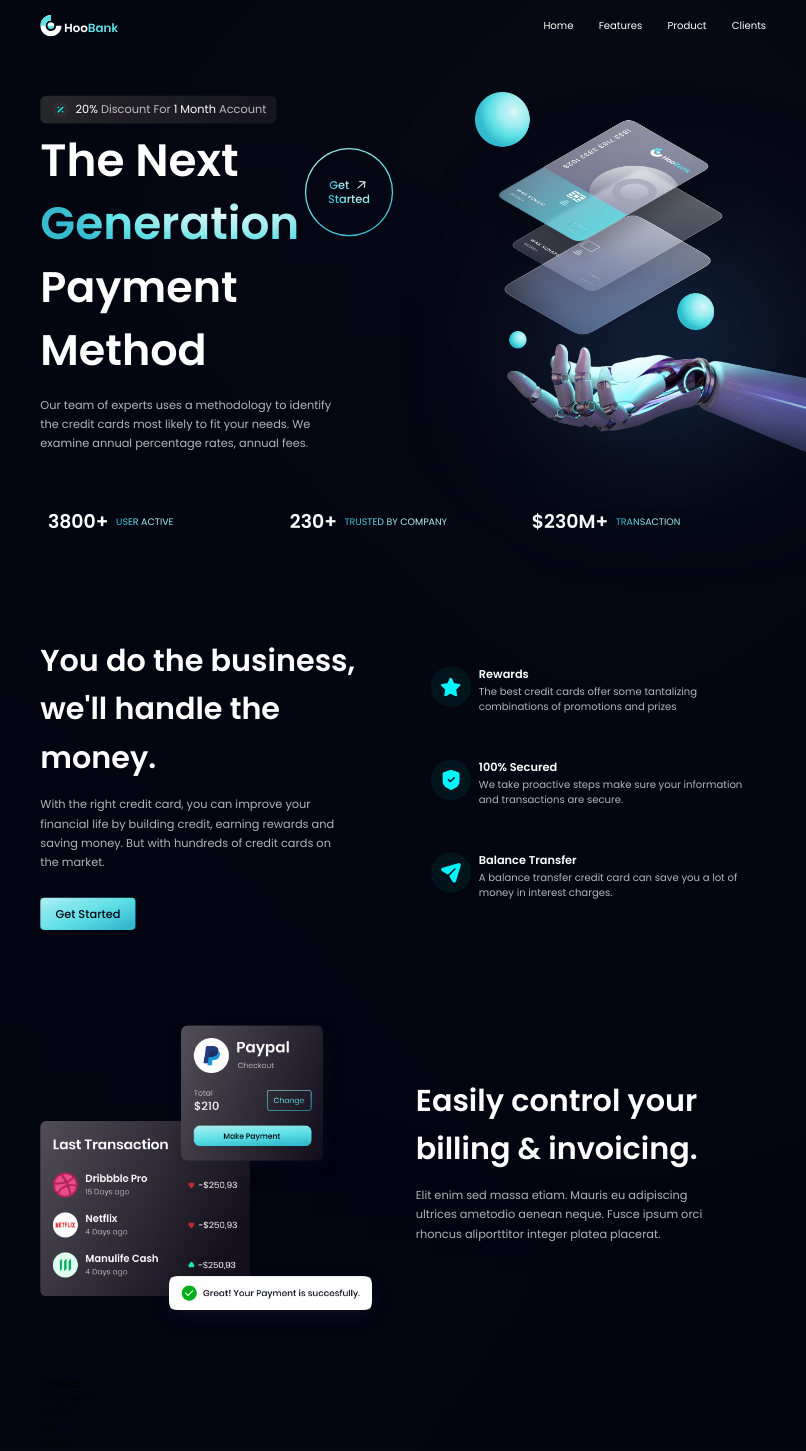
Repository: Carlito-Pedida/modern-app
Page: /
An editor plug-in stored every save of this project. The page is shown before and after the next save, followed by the edit.
The browser window is 1280 px wide. The pictures show the whole page, at 63% of full size.
The project was rebuilt for these pictures with package versions that can differ from the ones it lists, and the page was loaded fresh each time. Also part of the build but not shown: vite.config.js.

Above is the page before, as saved 2024-11-16 11:05:19.

After the next save:
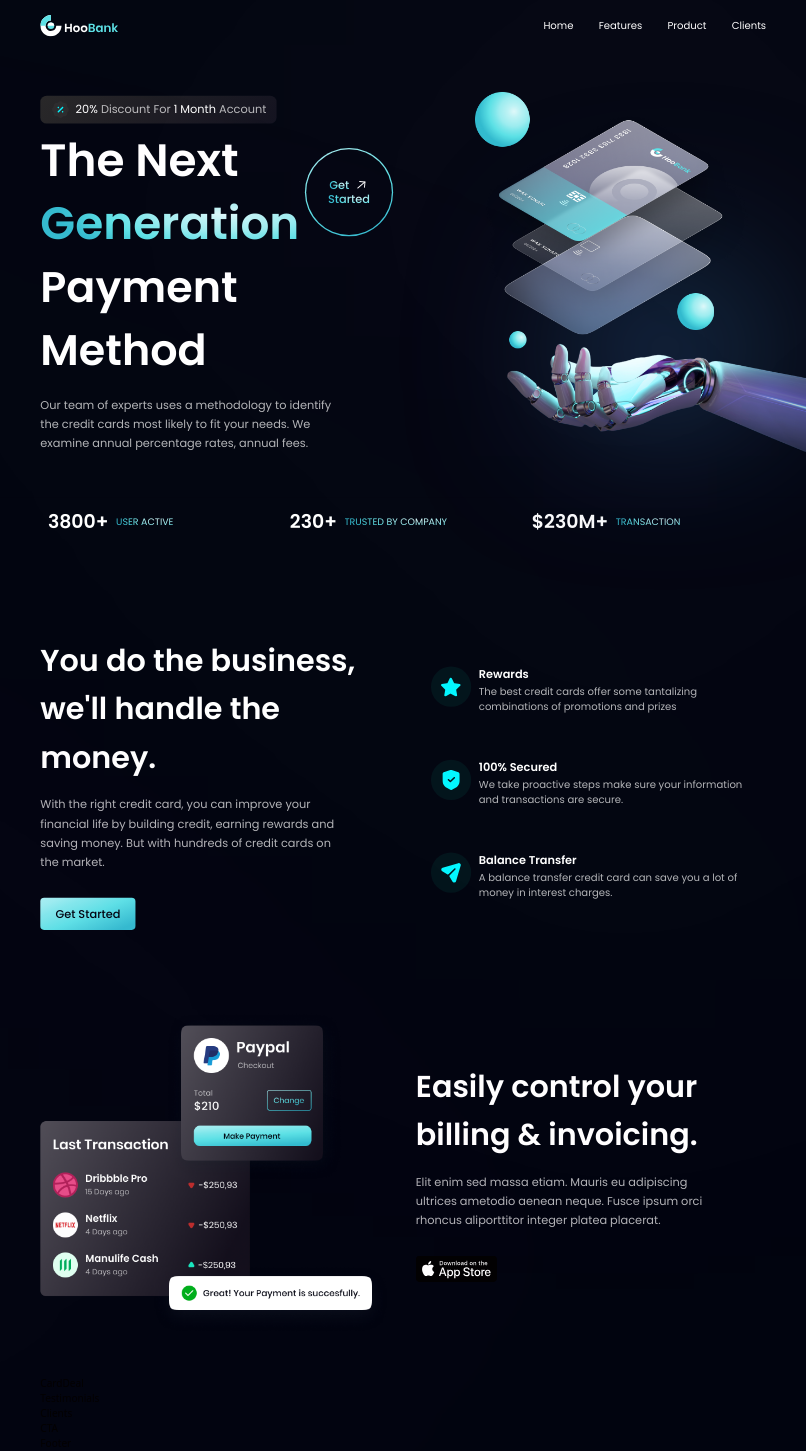
Saved 100 s later.
--- a/src/components/Billing.jsx
+++ b/src/components/Billing.jsx
@@ -16,7 +16,9 @@
         <h2 className={styles.heading2}>Easily control your <br className="sm:block hidden"/> billing & invoicing.</h2>
         <p className={`${styles.paragraph} max-w-[470px] mt-5`}>Elit enim sed massa etiam. Mauris eu adipiscing ultrices ametodio aenean neque. Fusce ipsum orci rhoncus aliporttitor integer platea placerat.</p>
 
-        <div className="flex flex-row flex-wrap sm:mt-10 mt-6"></div>
+        <div className="flex flex-row flex-wrap sm:mt-10 mt-6">
+          <img src={apple} alt="applestore" />
+        </div>
       </div>
 
     </section>
